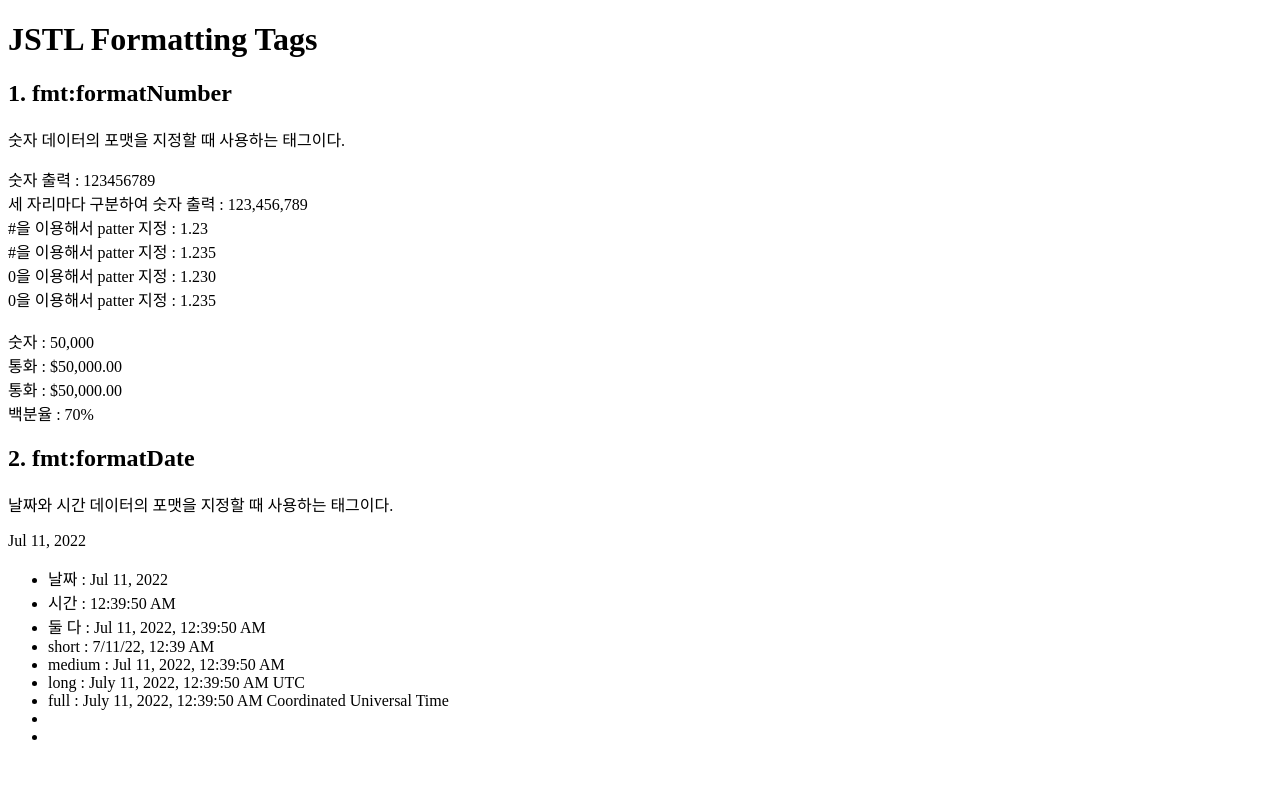
Repository: Parknogyung/Backend
Page: http://localhost/03_EL_JSTL/views/actiontag/jstl/formatting.jsp
The author's editor kept a copy of each file at every save. The page is drawn from the files as they stood at one save, then again after the next save.
The browser window is 1280 px wide. The pictures show the whole page.
The page is served by Tomcat 9. Other server files are loaded and not shown.

Above is the page before, as saved 2022-07-14 01:27:57.

### 03_EL_JSTL/src/main/webapp/views/actiontag/jstl/formatting.jsp
<%@ page language="java" contentType="text/html; charset=UTF-8"
    pageEncoding="UTF-8"%>
<%@ taglib uri="http://java.sun.com/jsp/jstl/core" prefix="c" %>
<%@ taglib uri="http://java.sun.com/jsp/jstl/fmt" prefix="fmt"%>
<%@ taglib uri="http://java.sun.com/jsp/jstl/functions" prefix="fn"%>
<!DOCTYPE html>
<html>
<head>
<meta charset="UTF-8">
<title>JSTL Formatting Tags</title>
</head>
<body>
	<h1>JSTL Formatting Tags</h1>

	<h2>1.  fmt:formatNumber</h2>
	<p>
		숫자 데이터의 포맷을 지정할 때 사용하는 태그이다.
	</p>

	<!-- groupingUsed 속성 : 숫자 단위의 구분자(,) 표시 여부를 지정한다. (기본값: true) -->
	숫자 출력 : <fmt:formatNumber type="number" value="123456789" groupingUsed="false"/> <br>
	세 자리마다 구분하여 숫자 출력 : <fmt:formatNumber type="number" value="123456789" groupingUsed="true"/> <br>

	<!--
		pattern 속성 : 화면에 표시할 숫자 데이터의 패턴을 지정한다.
					 #, 0을 패턴 기호로 사용하여 지정한다.
					 패턴 기호를 초과하는 부분은 반올림 되고 부족한 부분에 대해서는 #은 표시하지 않지만 0은 0으로 표시한다.
	 -->
	#을 이용해서 patter 지정 : <fmt:formatNumber value="1.23" pattern="#.###"/> <br>
	#을 이용해서 patter 지정 : <fmt:formatNumber value="1.2346" pattern="#.###"/> <br>
	0을 이용해서 patter 지정 : <fmt:formatNumber value="1.23" pattern="0.000"/> <br>
	0을 이용해서 patter 지정 : <fmt:formatNumber value="1.2346" pattern="0.000"/> <br> <br>

	<!--
		type 속성 : number(숫자, 기본값), currency(통화), percent(백분율)
	 -->
	숫자 : <fmt:formatNumber value="50000"/> <br>
	통화 : <fmt:formatNumber type="currency" value="50000"/> <br>
	통화 : <fmt:formatNumber type="currency" currencySymbol="$" value="50000"/> <br>
	백분율 : <fmt:formatNumber type="percent" value="0.7"/>

	<h2>2. fmt:formatDate</h2>
	<p>
		날짜와 시간 데이터의 포맷을 지정할 때 사용하는 태그이다.
	</p>

	<c:set var="date" value="<%= new java.util.Date() %>"/>
	<!-- type 속성 생략 가능 (기본값: date) -->
	<fmt:formatDate value="${date }"/>


	<ul>
		<li>날짜 : <fmt:formatDate type="date" value="${date}"/> </li>
		<li>시간 : <fmt:formatDate type="time" value="${date }"/> </li>
		<li>둘 다 : <fmt:formatDate type="both" value="${date }"/> </li>
		<li>short : <fmt:formatDate type="both" dateStyle="short" timeStyle="short" value="${date }"/> </li>
		<li>medium : <fmt:formatDate type="both" dateStyle="medium" timeStyle="medium" value="${date }" /> </li>
		<li>long : <fmt:formatDate type="both" dateStyle="long" timeStyle="long" value="${date }"/> </li>
		<li>full : <fmt:formatDate type="both" dateStyle="long" timeStyle="full" value="${date }"/> </li>
		<li></li>
		<li></li>
	</ul>
	<br>

</body>
</html>

After the next save:
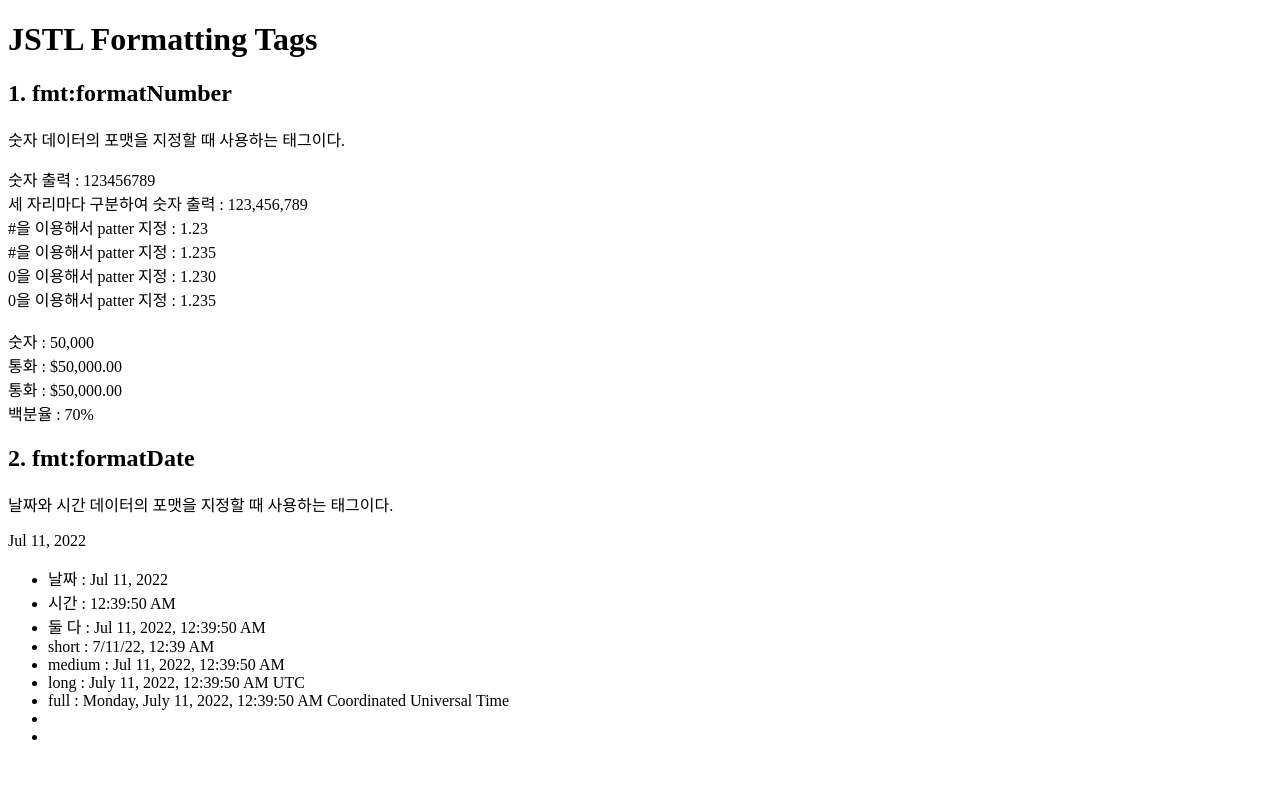
Saved 5 s later.
--- a/03_EL_JSTL/src/main/webapp/views/actiontag/jstl/formatting.jsp
+++ b/03_EL_JSTL/src/main/webapp/views/actiontag/jstl/formatting.jsp
@@ -56,7 +56,7 @@
 		<li>short : <fmt:formatDate type="both" dateStyle="short" timeStyle="short" value="${date }"/> </li>
 		<li>medium : <fmt:formatDate type="both" dateStyle="medium" timeStyle="medium" value="${date }" /> </li>
 		<li>long : <fmt:formatDate type="both" dateStyle="long" timeStyle="long" value="${date }"/> </li>
-		<li>full : <fmt:formatDate type="both" dateStyle="long" timeStyle="full" value="${date }"/> </li>
+		<li>full : <fmt:formatDate type="both" dateStyle="full" timeStyle="full" value="${date }"/> </li>
 		<li></li>
 		<li></li>
 	</ul>
